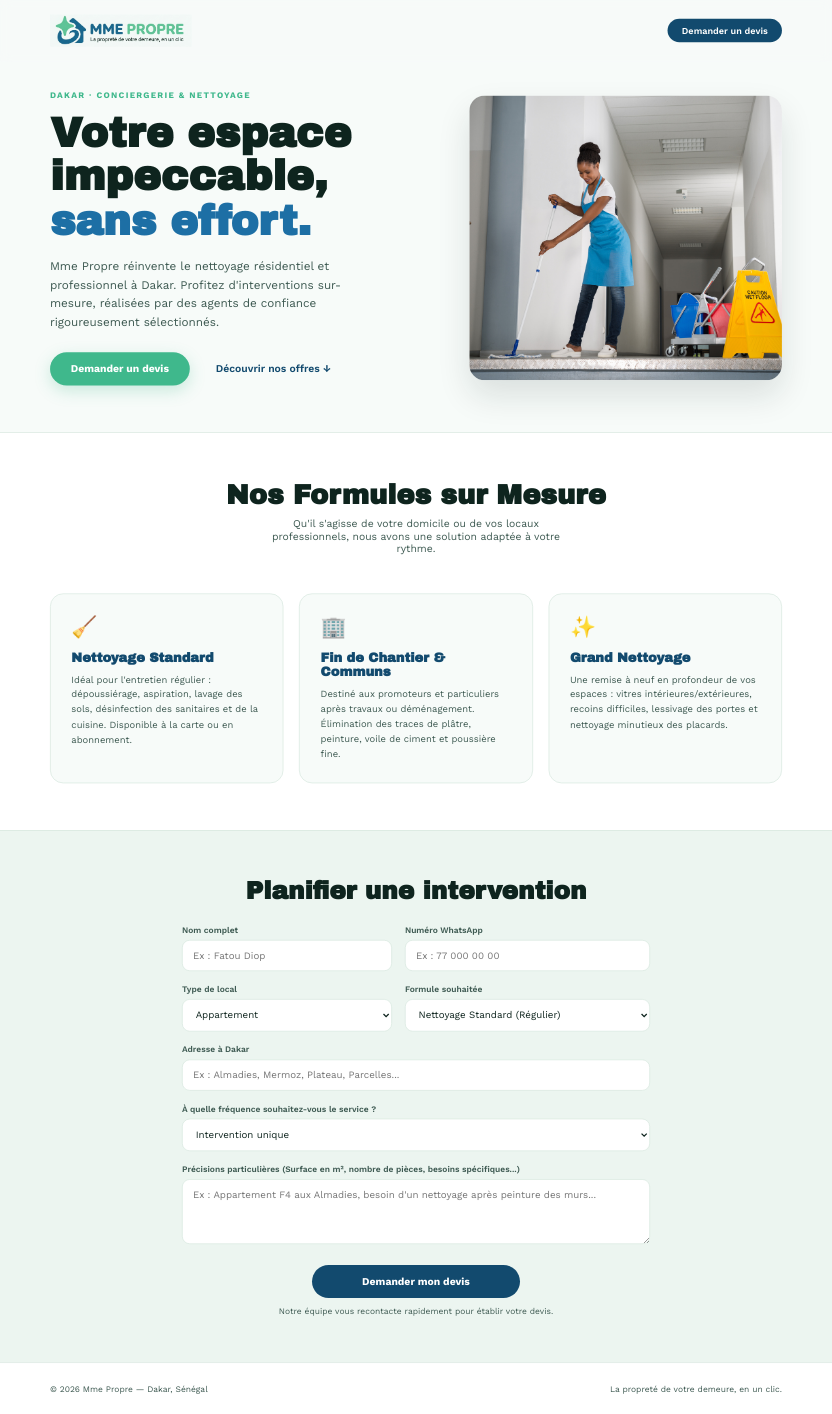
Repository: AntaaaKD/Mme-Propre
Page: Particulier.html
These files come from the project's save history. The page is drawn as it stood at one moment and after the next save; the edit follows.
The browser window is 1280 px wide. The pictures show the whole page, at 65% of full size.

Above is the page before, as saved 2026-07-20 18:29:10.

### Particulier.html
<!DOCTYPE html>
<html lang="fr">
<head>
<meta charset="UTF-8">
<meta name="viewport" content="width=device-width, initial-scale=1.0">
<title>Mme Propre — Services de nettoyage premium à Dakar</title>
<link rel="icon" type="image/png" href="images/favicon.png">
<link rel="preconnect" href="https://fonts.gstatic.com" crossorigin>
<link href="https://fonts.googleapis.com/css2?family=Archivo+Black&family=Work+Sans:wght@400;500;600;700&display=swap" rel="stylesheet">
<style>
  :root{
    --surface:#F7FBF9;
    --surface-2:#ECF5F0;
    --ink:#0E241E;
    --ink-soft:#3E5A52;
    --blue:#1D6FA5;
    --blue-deep:#124A6E;
    --mint:#3FB88C;
    --lemon:#F2C230;
    --line:#D6E6DE;
    --radius:18px;
    --display:"Archivo Black", sans-serif;
    --body:"Work Sans", sans-serif;
  }
  *{box-sizing:border-box;}
  body{margin:0;padding:0;background:var(--surface);color:var(--ink);font-family:var(--body);scroll-behavior: smooth;}
  a{text-decoration:none;color:inherit;}

  /* ---------- HEADER ---------- */
  header{
    display:flex;align-items:center;justify-content:space-between;
    padding:22px 6vw;
    background:rgba(247, 251, 249, 0.8);
    position: sticky; top:0; z-index: 100;
    backdrop-filter: blur(8px);
    border-bottom: 1px solid transparent;
  }
  header.scrolled { border-bottom-color: var(--line); }
  .logo{ display:flex; align-items:center; }
  .logo-img{ height:50px; width:auto; display:block; }

  .header-cta{
    font-size:14px;font-weight:600;color:#fff;
    background:var(--blue-deep); border-radius:999px;
    padding:10px 22px; transition: transform .2s ease;
  }
  .header-cta:hover{ transform: translateY(-2px); }

  /* ---------- HERO ---------- */
  .hero{
    position:relative; padding:6vh 6vw 10vh; overflow:hidden;
  }
  .hero-grid{
    position:relative;z-index:2;
    display:grid;grid-template-columns:1.1fr 0.9fr;gap:56px;align-items:center;
  }
  @media (max-width:860px){
    .hero-grid{grid-template-columns:1fr; gap:40px;}
    .hero-image{max-height:320px;}
  }
  .hero-image{
    position:relative;border-radius:24px;overflow:hidden;
    box-shadow:0 24px 50px rgba(14,36,30,0.12); aspect-ratio:1.1;
  }
  .hero-image img{ width:100%;height:100%;object-fit:cover;display:block; }

  .eyebrow{
    font-size:13px;font-weight:700;letter-spacing:2px;text-transform:uppercase;
    color:var(--mint);margin-bottom:18px;
  }
  h1{
    font-family:var(--display); font-size:clamp(36px,5.5vw,64px);
    line-height:1.05; margin:0 0 22px; max-width:15ch;
  }
  h1 .accent{color:var(--blue);}
  .hero p{
    font-size:18px;color:var(--ink-soft);max-width:46ch;line-height:1.6;margin:0 0 32px;
  }
  .hero-actions { display: flex; gap: 16px; align-items: center; flex-wrap: wrap; }
  .btn-primary {
    background: var(--mint); color: #fff; font-weight: 700; padding: 16px 32px;
    border-radius: 999px; box-shadow: 0 8px 24px rgba(63,184,140,0.25);
    transition: transform .2s, box-shadow .2s;
  }
  .btn-primary:hover { transform: translateY(-2px); box-shadow: 0 12px 28px rgba(63,184,140,0.4); }
  .btn-secondary { font-weight: 600; color: var(--blue-deep); padding: 16px 24px; }

  /* ---------- OFFRES / SERVICES ---------- */
  .services { padding: 10vh 6vw; background: #fff; border-top: 1px solid var(--line); }
  .section-title { text-align: center; margin-bottom: 60px; }
  .section-title h2 { font-family: var(--display); font-size: clamp(28px, 4vw, 42px); margin: 0 0 12px; }
  .section-title p { color: var(--ink-soft); font-size: 16px; max-width: 50ch; margin: 0 auto; }

  .services-grid { display: grid; grid-template-columns: repeat(auto-fit, minmax(280px, 1fr)); gap: 24px; }
  .service-card {
    border: 1.5px solid var(--line); border-radius: 20px; padding: 32px;
    transition: transform .2s, border-color .2s; background: var(--surface);
  }
  .service-card:hover { transform: translateY(-4px); border-color: var(--blue); }
  .service-icon { font-size: 32px; margin-bottom: 16px; }
  .service-card h3 { font-family: var(--display); font-size: 20px; margin: 0 0 12px; color: var(--blue-deep); }
  .service-card p { font-size: 14.5px; color: var(--ink-soft); line-height: 1.6; margin: 0; }

  /* ---------- FORMULAIRE CLIENT ---------- */
  .panel{ background:var(--surface-2); border-top:1px solid var(--line); padding:10vh 6vw; }
  .panel-inner { max-width: 720px; margin: 0 auto; }
  .panel h2{ font-family:var(--display); font-size:clamp(26px,3.4vw,38px); margin:0 0 32px; text-align: center;}

  .grid{ display:grid; grid-template-columns:1fr 1fr; gap:20px; }
  @media (max-width:600px) { .grid{ grid-template-columns:1fr; } }

  .field{ display:flex; flex-direction:column; gap:8px; }
  .field.full{ grid-column:1/-1; }
  label{ font-size:13px; font-weight:600; color:var(--ink-soft); }
  input, select, textarea{
    font-family:var(--body); font-size:15px; border:1.5px solid var(--line);
    border-radius:12px; padding:14px 16px; background:#fff; color:var(--ink);
    outline:none; transition:border-color .18s ease;
  }
  input:focus, select:focus, textarea:focus{ border-color:var(--blue); background: #fff; }
  textarea{ resize:vertical; min-height:100px; }

  /* Honeypot anti-bot */
  .hp-field { display: none !important; }

  .submit-row{ margin-top:32px; text-align: center; display: flex; flex-direction: column; align-items: center; gap: 12px;}
  .btn-submit{
    background:var(--blue-deep); color:#fff; border:none; border-radius:999px;
    padding:16px 40px; font-family:var(--body); font-weight:700; font-size:16px; cursor:pointer;
    transition: transform .15s ease, box-shadow .15s ease; width: 100%; max-width: 320px;
  }
  .btn-submit:hover{ transform:translateY(-2px); box-shadow:0 8px 22px rgba(18,74,110,0.25); }
  .hint{ font-size:13px; color:var(--ink-soft); }

  footer{
    padding:32px 6vw; border-top:1px solid var(--line); font-size:13px; color:var(--ink-soft);
    display:flex; justify-content:space-between; flex-wrap:wrap; gap:16px; background: #fff;
  }
</style>
</head>
<body>

<header id="navbar">
  <div class="logo">
    <img src="images/logo-mmepropre.png" alt="Mme Propre" class="logo-img">
  </div>
  <a class="header-cta" href="#devis">Demander un devis</a>
</header>

<section class="hero">
  <div class="hero-grid">
    <div>
      <div class="eyebrow">Dakar · Conciergerie & Nettoyage</div>
      <h1>Votre espace impeccable, <span class="accent">sans effort.</span></h1>
      <p>Mme Propre réinvente le nettoyage résidentiel et professionnel à Dakar. Profitez d'interventions sur-mesure, réalisées par des agents de confiance rigoureusement sélectionnés.</p>

      <div class="hero-actions">
        <a href="#devis" class="btn-primary">Demander un devis</a>
        <a href="#offres" class="btn-secondary">Découvrir nos offres ↓</a>
      </div>
    </div>

    <div class="hero-image">
      <img src="images/hero.jpg" alt="Nettoyage professionnel de maison à Dakar">
    </div>
  </div>
</section>

<section class="services" id="offres">
  <div class="section-title">
    <h2>Nos Formules sur Mesure</h2>
    <p>Qu'il s'agisse de votre domicile ou de vos locaux professionnels, nous avons une solution adaptée à votre rythme.</p>
  </div>

  <div class="services-grid">
    <div class="service-card">
      <div class="service-icon">🧹</div>
      <h3>Nettoyage Standard</h3>
      <p>Idéal pour l'entretien régulier : dépoussiérage, aspiration, lavage des sols, désinfection des sanitaires et de la cuisine. Disponible à la carte ou en abonnement.</p>
    </div>

    <div class="service-card">
      <div class="service-icon">🏢</div>
      <h3>Fin de Chantier & Communs</h3>
      <p>Destiné aux promoteurs et particuliers après travaux ou déménagement. Élimination des traces de plâtre, peinture, voile de ciment et poussière fine.</p>
    </div>

    <div class="service-card">
      <div class="service-icon">✨</div>
      <h3>Grand Nettoyage</h3>
      <p>Une remise à neuf en profondeur de vos espaces : vitres intérieures/extérieures, recoins difficiles, lessivage des portes et nettoyage minutieux des placards.</p>
    </div>


  </div>
</section>

<section class="panel" id="devis">
  <div class="panel-inner">
    <h2>Planifier une intervention</h2>

    <form id="devis-form">

        <div class="grid">
            <div class="field">
                <label for="c-nom">Nom complet</label>
                <input id="c-nom" type="text" placeholder="Ex : Fatou Diop">
            </div>
            <div class="field">
                <label for="c-tel">Numéro WhatsApp</label>
                <input id="c-tel" type="tel" placeholder="Ex : 77 000 00 00">
            </div>
            <div class="field">
                <label for="c-type">Type de local</label>
                <select id="c-type">
                <option value="Appartement">Appartement</option>
                <option value="Villa">Résidence / Immeuble</option>
                <option value="Villa">Villa / Maison</option>
                <option value="Villa">Airbnb</option>
                <option value="Bureaux / Locaux pro">Bureaux / Locaux professionnels</option>
                <option value="Autre">Autre</option>
                </select>
            </div>
            <div class="field">
                <label for="c-formule">Formule souhaitée</label>
                <select id="c-formule">
                <option value="Standard">Nettoyage Standard (Régulier)</option>
                <option value="Grand Nettoyage">Grand Nettoyage (En profondeur)</option>
                <option value="Fin de chantier">Fin de chantier / Finitions / Déménagement</option>
                </select>
            </div>
            <div class="field full">
                <label for="c-adresse">Adresse à Dakar</label>
                <input id="c-adresse" type="text" placeholder="Ex : Almadies, Mermoz, Plateau, Parcelles...">
            </div>

            <div class="field full">
                <label for="c-type">À quelle fréquence souhaitez-vous le service ?</label>
                <select id="c-type">
                <option value="Appartement">Intervention unique</option>
                <option value="Villa">Chaque semaine</option>
                <option value="Villa">Deux fois par mois</option>
                <option value="Villa"> Chaque mois</option>
                <option value="Bureaux / Locaux pro">Je souhaite être conseillé(e)</option>
                </select>
            </div>

            <div class="field full">
                <label for="c-msg">Précisions particulières (Surface en m², nombre de pièces, besoins spécifiques...)</label>
                <textarea id="c-msg" placeholder="Ex : Appartement F4 aux Almadies, besoin d'un nettoyage après peinture des murs..."></textarea>
            </div>

            <!-- Anti-bot Honeypot invisible pour les humains -->
            <div class="field full hp-field">
                <label for="c-email-confirm">Ne pas remplir ce champ si vous êtes humain</label>
                <input id="c-email-confirm" type="text" autocomplete="off">
            </div>
        </div>
    </form>

    <div class="submit-row">
      <button class="btn-submit" id="submit-btn" onclick="submitDemande()">Demander mon devis</button>
      <span class="hint" id="submit-status">Notre équipe vous recontacte rapidement pour établir votre devis.</span>

  </div>
</section>

<footer>
  <span>© 2026 Mme Propre — Dakar, Sénégal</span>
  <span>La propreté de votre demeure, en un clic.</span>
</footer>

<script>
  // URL de ton Apps Script sécurisé (/exec)
  const GAS_WEB_APP_URL = "https://script.google.com/macros/s/AKfycbztkSX3TyebbLAMASZva5rAbgVcuSgHpPOw3mWZLaVD60Z6R83ZnjcCemumw_IpcYI8/exec";

  // Effet scroll sur le header
  window.addEventListener('scroll', () => {
    document.getElementById('navbar').classList.toggle('scrolled', window.scrollY > 20);
  });

  async function submitDemande() {
    const btn = document.getElementById('submit-btn');
    const status = document.getElementById('submit-status');

    // 1. Détection du bot via Honeypot
    const honeypot = document.getElementById('c-email-confirm').value;
    if (honeypot.length > 0) {
      status.textContent = "Demande envoyée avec succès ✓"; // On feinte le bot
      return;
    }

    const nom = document.getElementById('c-nom').value.trim();
    const tel = document.getElementById('c-tel').value.trim();
    const typeLocal = document.getElementById('c-type').value;
    const formule = document.getElementById('c-formule').value;
    const adresse = document.getElementById('c-adresse').value.trim();
    const message = document.getElementById('c-msg').value.trim();

    // 2. Validation basique côté client
    if (!nom || !tel || !adresse) {
      status.textContent = "Veuillez remplir votre nom, numéro WhatsApp et adresse.";
      status.style.color = "#B3261E";
      return;
    }

    btn.disabled = true;
    btn.textContent = "Envoi de la demande...";
    status.style.color = "";
    status.textContent = "Nous configurons votre demande de devis...";

    try {
      // 3. Envoi JSON via requête simple compatible Apps Script Web App
      await fetch(GAS_WEB_APP_URL, {
        method: "POST",
        mode: "no-cors",
        headers: { "Content-Type": "text/plain;charset=utf-8" },
        body: JSON.stringify({ nom, tel, typeLocal, formule, adresse, message })
      });

      btn.textContent = "Demande reçue ✓";
      status.style.color = "#3FB88C";
      status.textContent = "C'est parfait ! Notre équipe vous recontacte sur WhatsApp très rapidement.";

      // Réinitialisation du formulaire
      document.querySelectorAll('#devis input, #devis select, #devis textarea').forEach(el => el.value = "");
    } catch (err) {
      btn.disabled = false;
      btn.textContent = "Demander mon devis";
      status.style.color = "#B3261E";
      status.textContent = "Une erreur technique est survenue. Veuillez réessayer.";
    }
  }
</script>

</body>
</html>

After the next save:
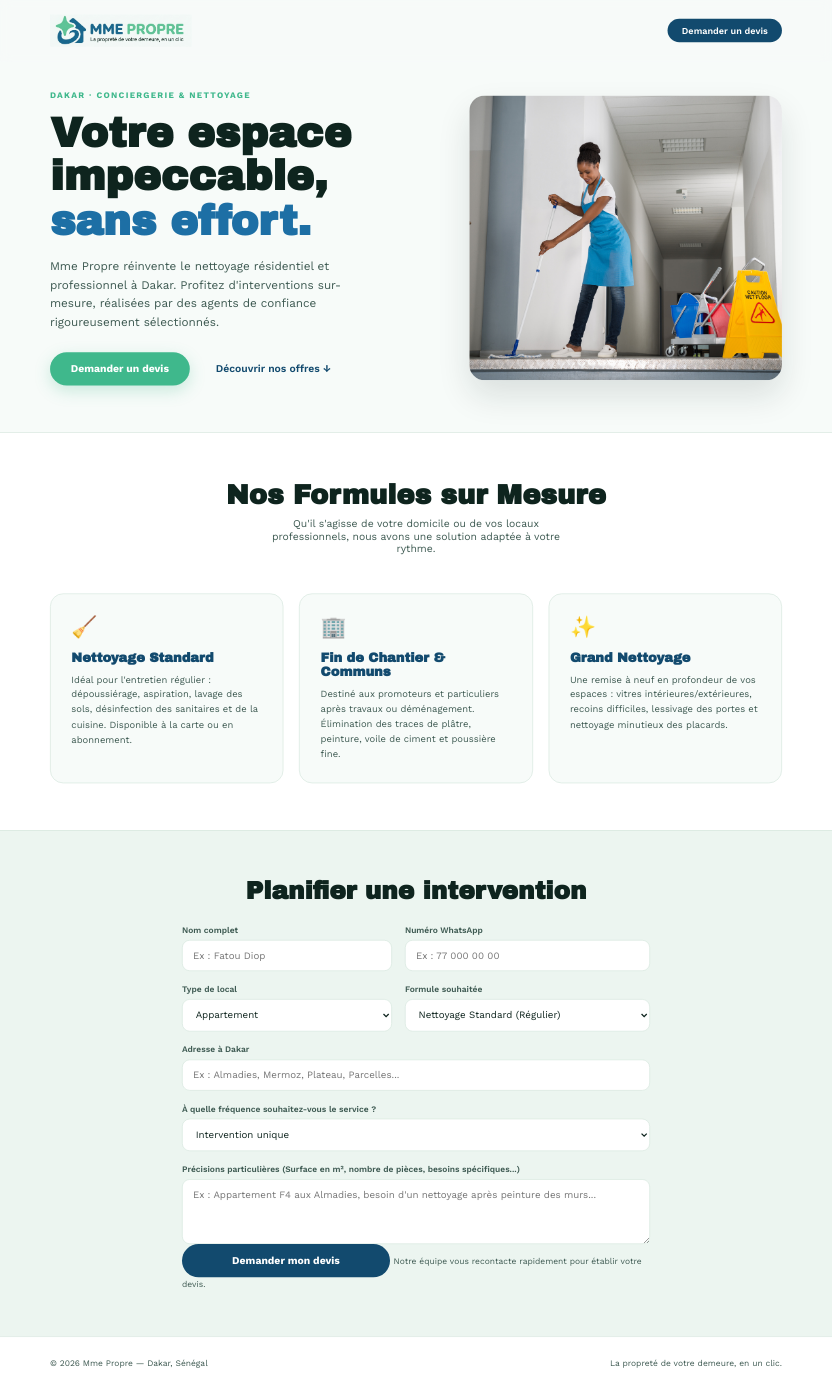
Saved 10 s later.
--- a/Particulier.html
+++ b/Particulier.html
@@ -258,7 +258,7 @@
         </div>
     </form>
 
-    <div class="submit-row">
+
       <button class="btn-submit" id="submit-btn" onclick="submitDemande()">Demander mon devis</button>
       <span class="hint" id="submit-status">Notre équipe vous recontacte rapidement pour établir votre devis.</span>
 

After the 2 saves that followed:
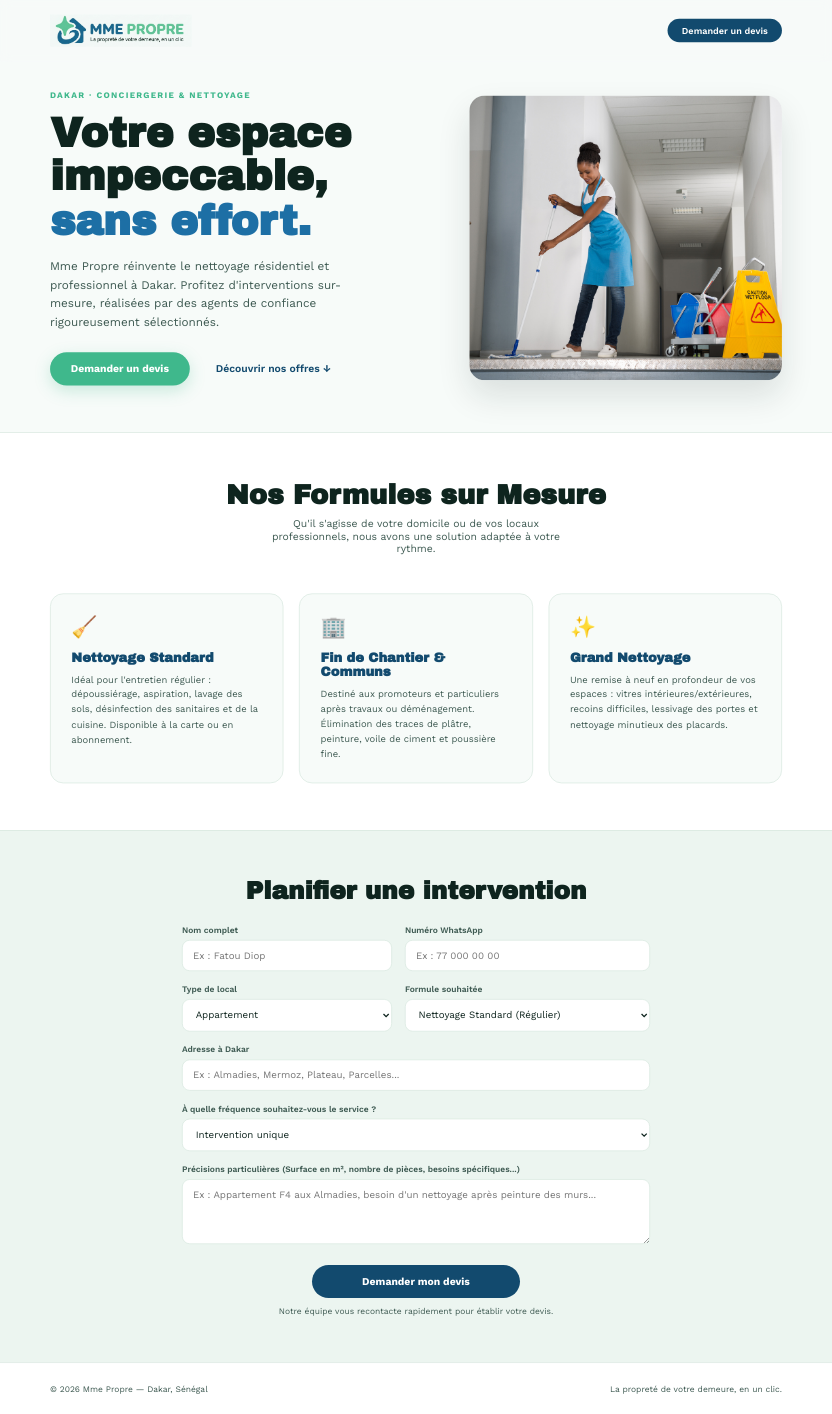
The 2 saves are shown as one change because they came seconds apart.
The last was saved 89 s later.
--- a/Particulier.html
+++ b/Particulier.html
@@ -258,10 +258,10 @@
         </div>
     </form>
 
-
+    <div class="submit-row">
       <button class="btn-submit" id="submit-btn" onclick="submitDemande()">Demander mon devis</button>
       <span class="hint" id="submit-status">Notre équipe vous recontacte rapidement pour établir votre devis.</span>
-
+    </div>
   </div>
 </section>
 
